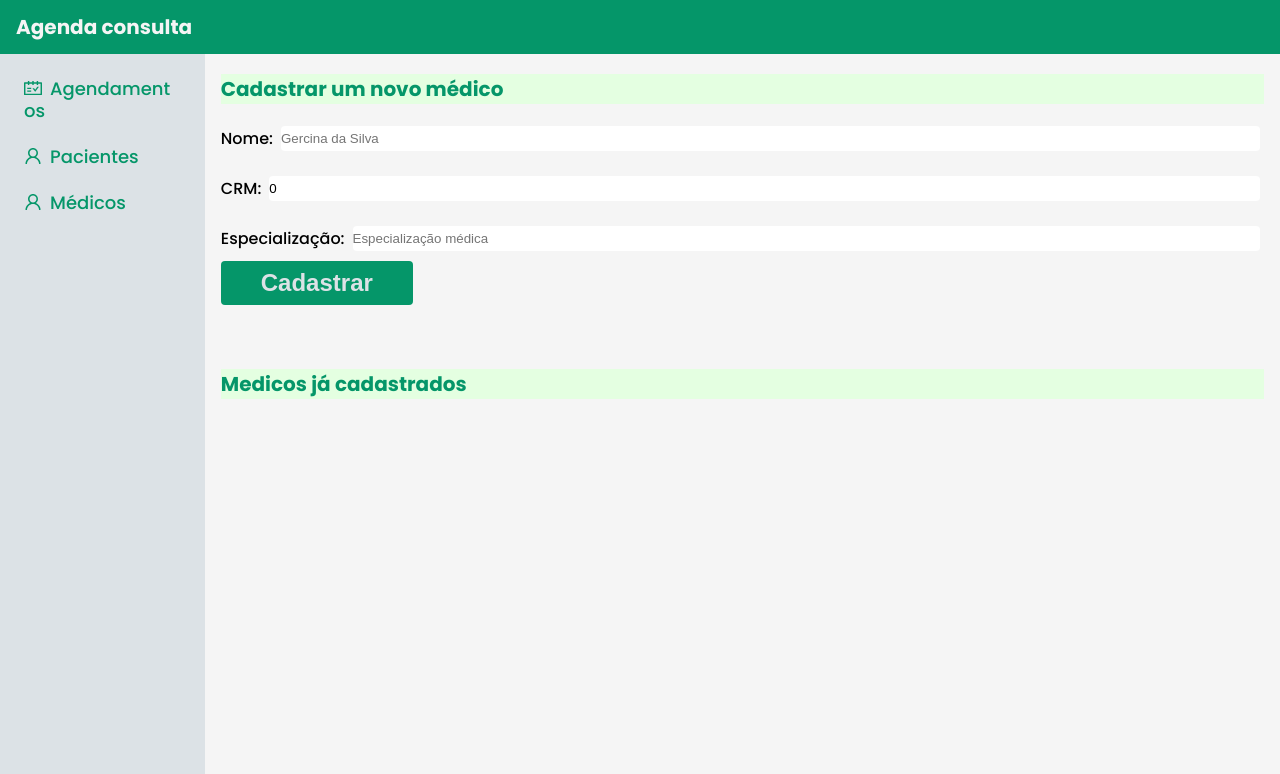
Repository: BarbaraCD/agendaconsulta
Page: /doctors
An editor plug-in stored every save of this project. The page is shown before and after the next save, followed by the edit.
The browser window is 1280 px wide. The pictures show the whole page.
The page's requests for data from a server got no answer. The project was rebuilt for these pictures with package versions that can differ from the ones it lists, and the page was loaded fresh each time. No one was signed in, and anything a server would have sent is missing. Also part of the build but not shown: vite.config.ts, src/styles/StyleList.ts, src/components/Doctors.tsx, src/components/Patients.tsx, src/services/patient.services.ts, src/components/InputPatient.tsx, src/components/CreatePatient.tsx, src/styles/Appointments.ts and 3 more.

Above is the page before, as saved 2023-08-07 10:57:03.

After the next save:
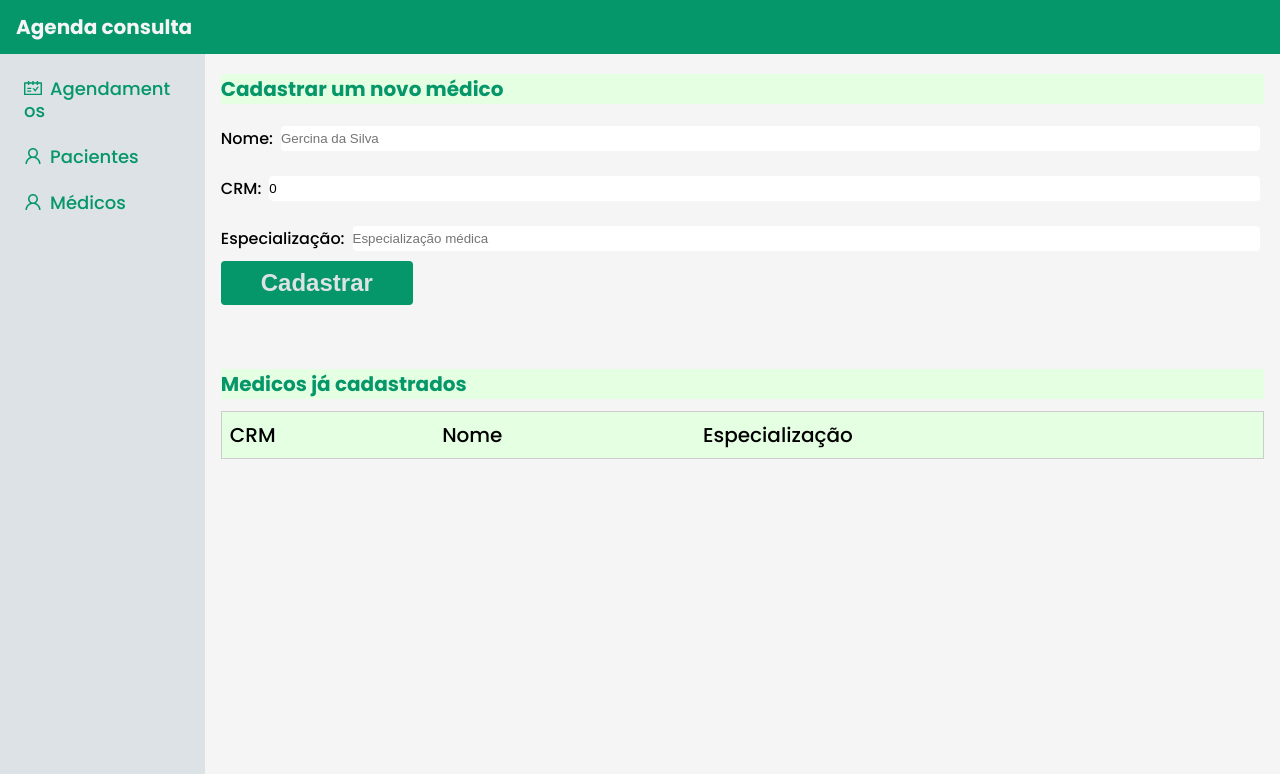
Saved 36 s later.
--- a/src/components/CreateDoctor.tsx
+++ b/src/components/CreateDoctor.tsx
@@ -74,6 +74,15 @@ export function CreateDoctor(){
       </Container2>
         <Container3>
           <h3>Medicos já cadastrados</h3>
+          <table>
+            <thead>
+              <tr>
+                <th>CRM</th>
+                <th>Nome</th>
+                <th>Especialização</th>
+              </tr>
+            </thead>
+          </table>
           {doctor.length > 0 && (
             doctor
               .map((doctor, index) => (
